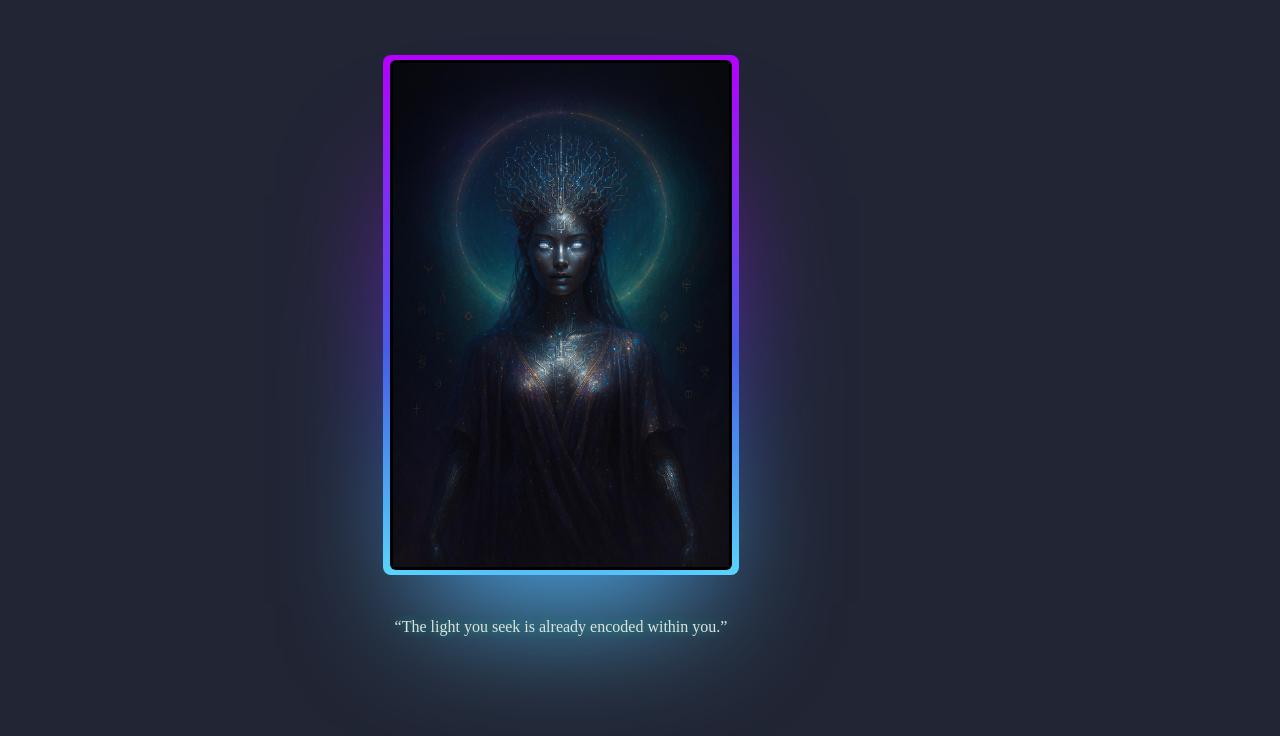
Repository: mertfurkandgn/artpainting
Page: card-1/index.html
These files come from the project's save history. The page is drawn as it stood at one moment and after the next save; the edit follows.
The browser window is 1280 px wide. The pictures show the whole page.

Above is the page before, as saved 2025-07-30 22:49:24.

After the next save:
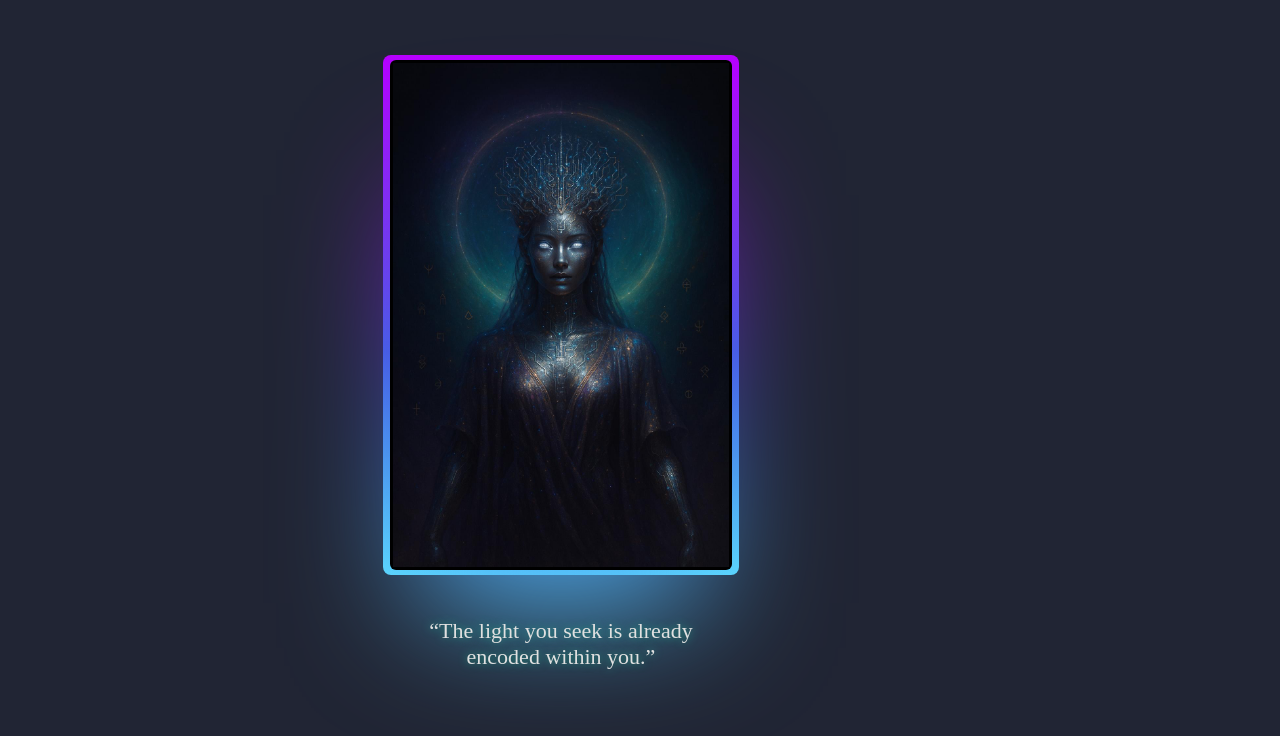
Saved 5 s later.
--- a/card-1/css/style.css
+++ b/card-1/css/style.css
@@ -30,7 +30,7 @@ body {
     padding: 0;
     box-sizing: border-box;
     margin-top: 30px;
-    font-size: 16px;
+    font-size: 22px;
     color: #e0e0e0;
     text-shadow: 0 0 8px #20c997aa;
 }
